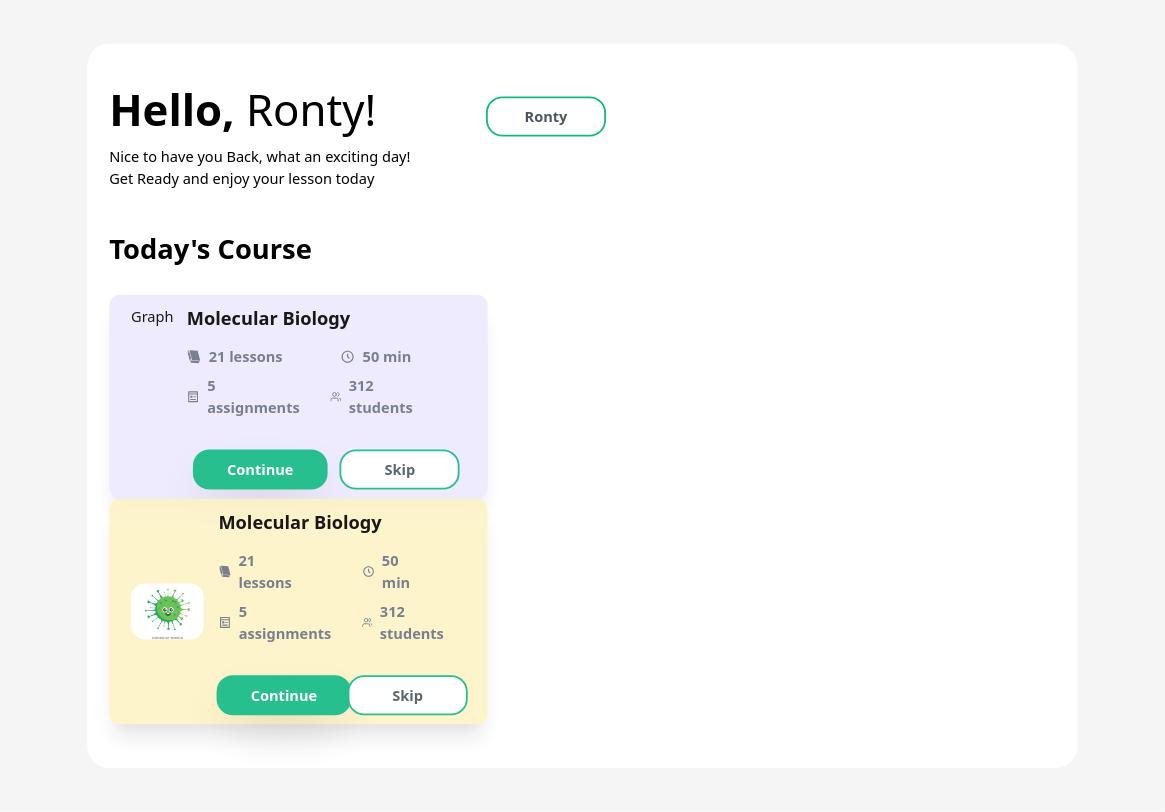
Repository: coolronts/Vite-Tailwind
Page: /
These files come from the project's save history. The page is drawn as it stood at one moment and after the next save; the edit follows.
The browser window is 1280 px wide. The pictures show the whole page, at 91% of full size.
The project was rebuilt for these pictures with package versions that can differ from the ones it lists, and the page was loaded fresh each time. Also part of the build but not shown: vite.config.js.

Above is the page before, as saved 2021-11-26 13:54:55.

After the next save:
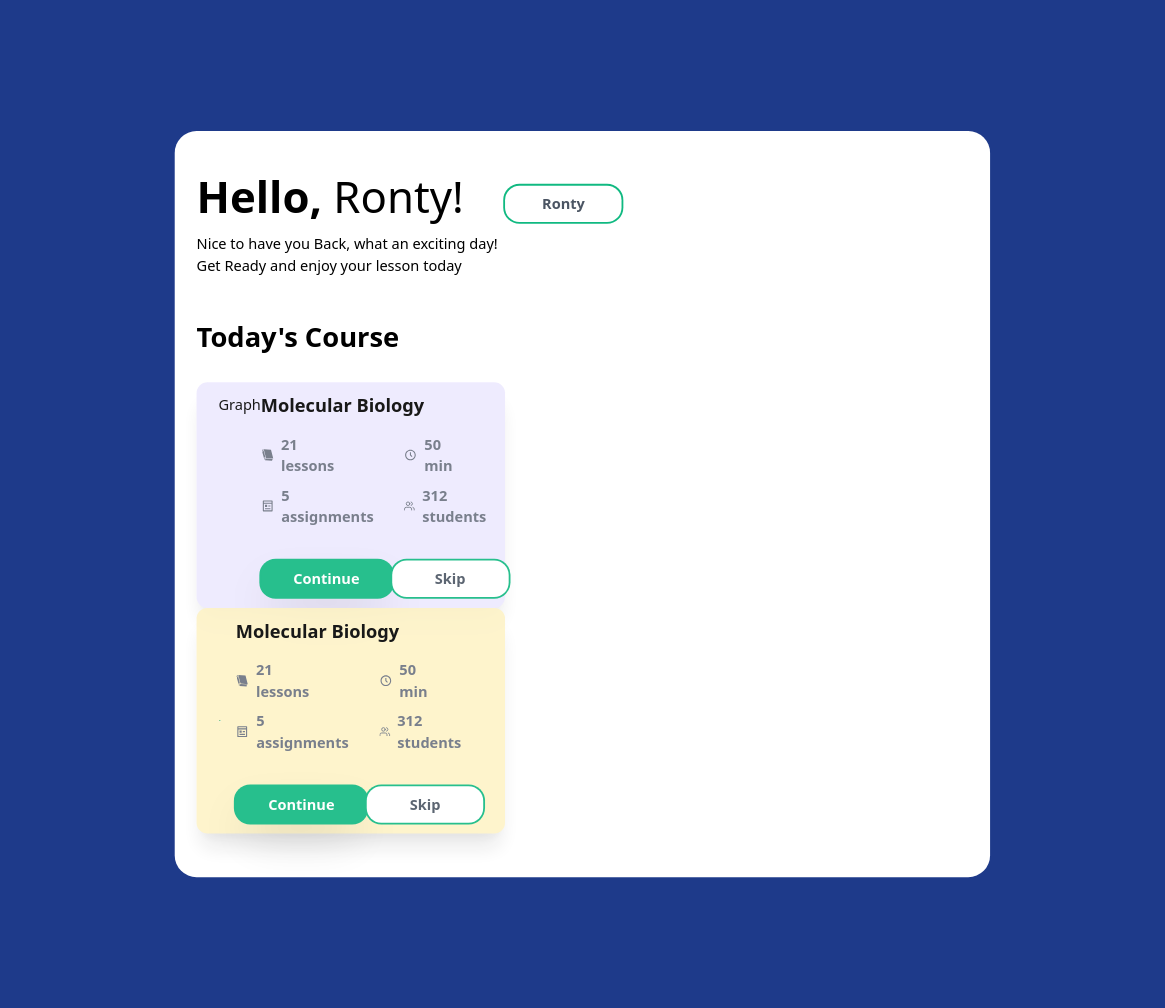
Saved 17 s later.
--- a/src/App.jsx
+++ b/src/App.jsx
@@ -12,7 +12,7 @@ function App() {
   return (
 
     <div className="App ">
-      <div>
+      <div className="p-24 bg-blue-900">
       <div className="bg-white my-12 mx-24 rounded-3xl px-6 py-12">
       <SplitScreen leftWeight = 'w-2/5'>
         <div id="left">
